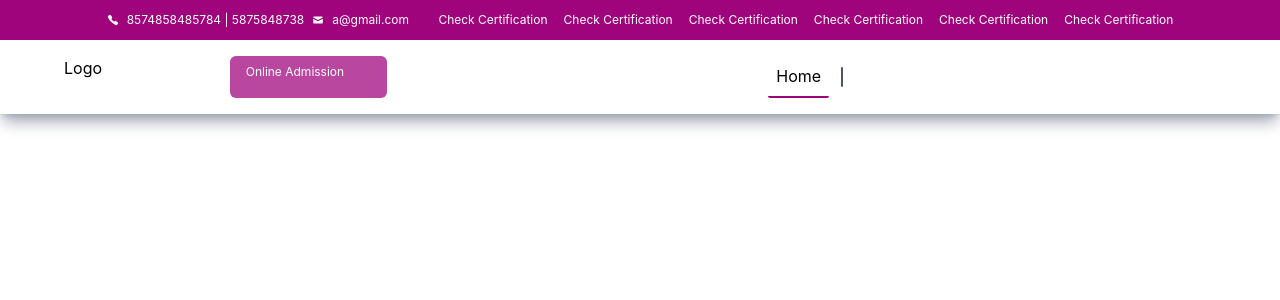
Repository: Sushant203/react-training-
Page: /
An editor plug-in stored every save of this project. The page is shown before and after the next save, followed by the edit.
The browser window is 1280 px wide. The pictures show the whole page.
The project was rebuilt for these pictures with package versions that can differ from the ones it lists, and the page was loaded fresh each time. Also part of the build but not shown: src/App.css, src/components/LowerNav.jsx, src/components/UpperNav.jsx.

Above is the page before, as saved 2022-12-19 09:52:39.

After the next save:
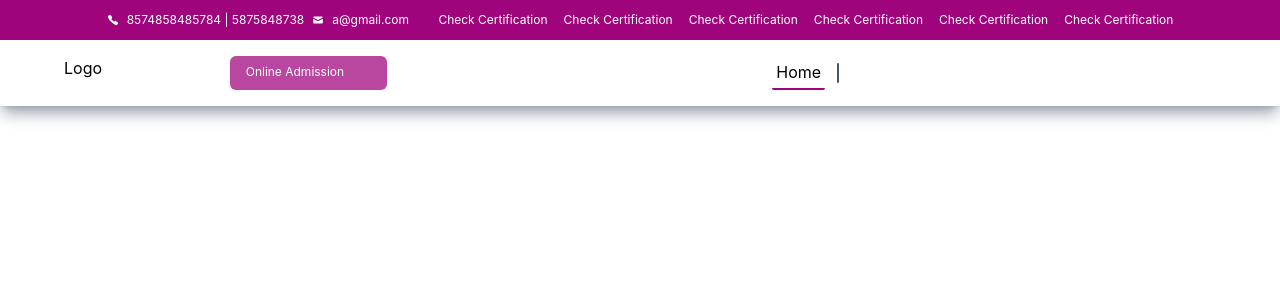
Saved 5 s later.
--- a/src/components/Naviagtion/Toolbar/Secondary.jsx
+++ b/src/components/Naviagtion/Toolbar/Secondary.jsx
@@ -35,7 +35,7 @@ function Secondary() {
       </div>
       <div className="col-span-5  flex justify-center items-center">
         <div className="flex items-center gap-3">
-          <div className="border-b-2 w-fit  border-mainColor rounded-sm p-2  ">
+          <div className="border-b-2 w-fit  border-mainColor rounded-sm p-1  ">
             Home
           </div>
           <div className="h-5 w-[2px] rounded-md bg-gray-600"></div>
